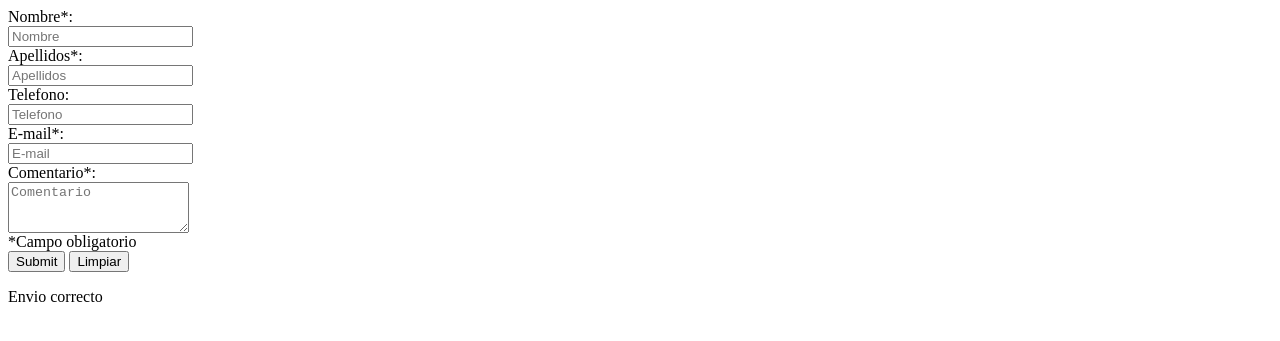
Repository: DiegoGodoy/atletiblue
Page: app/views/contacto.html
The author's editor kept a record of every edit. The page is drawn from the files as they stood at one moment, then again after the next edit.
The browser window is 1280 px wide. The pictures show the whole page.

Above is the page before.

After the next edit:
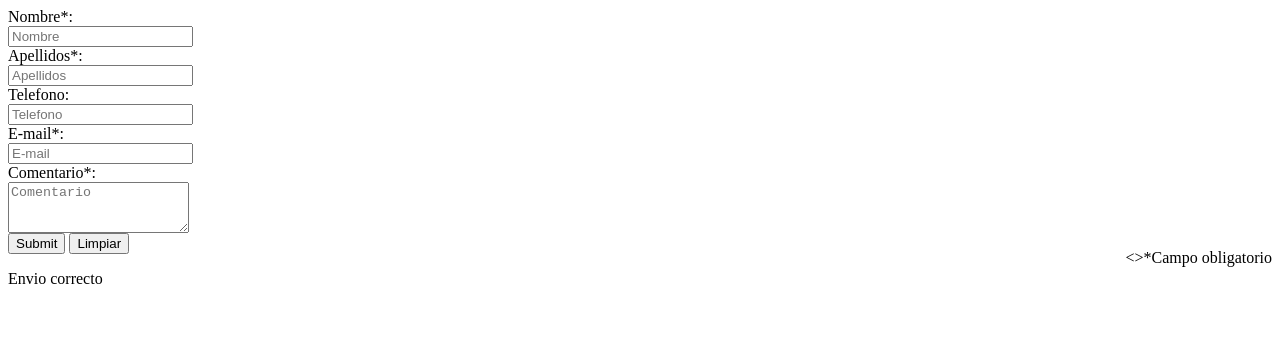
The edit:
--- a/app/views/contacto.html
+++ b/app/views/contacto.html
@@ -43,7 +43,7 @@
                                     <textarea rows="3" class="form-control" placeholder="Comentario" required ng-model="user.comentario"></textarea>
                                 </div>
                             </div>
-                            *Campo obligatorio
+                            <p style="float: right"><>*Campo obligatorio
 
                             <br>
                             <div class="form-group">
